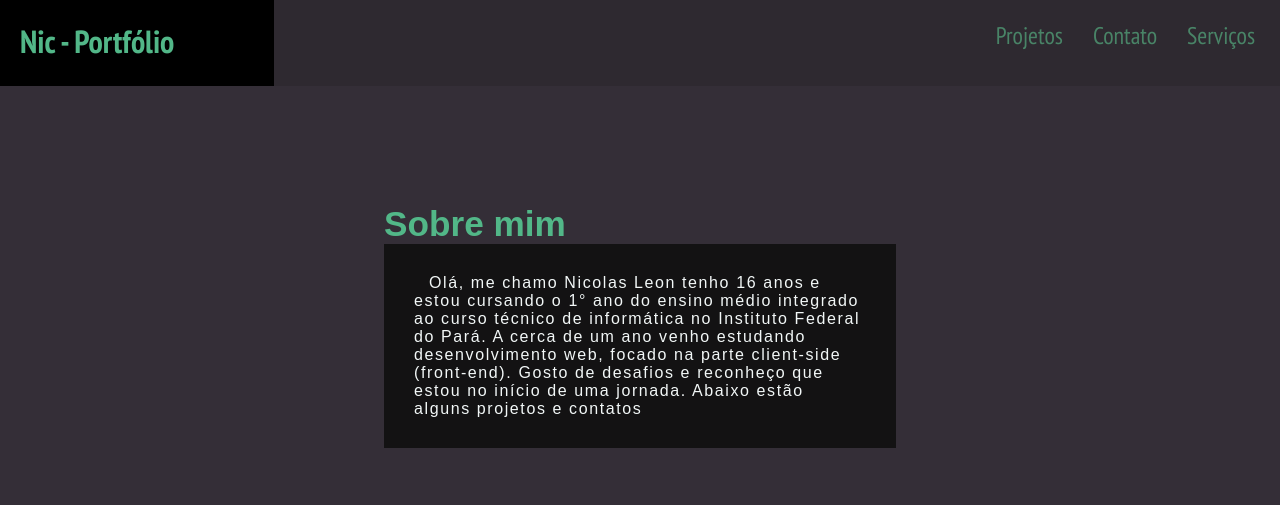
Repository: Leonngc/portfolio
Page: index.html
An editor plug-in stored every save of this project. The page is shown before and after the next save, followed by the edit.
The browser window is 1280 px wide. The pictures show the whole page.

Above is the page before, as saved 2022-12-02 10:55:44.

After the next save:
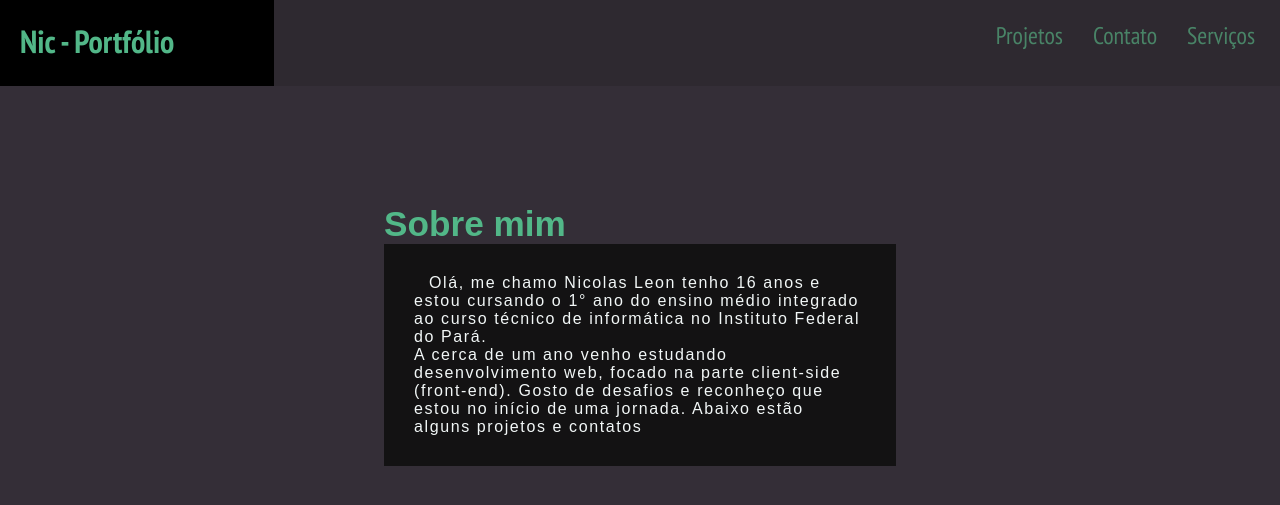
Saved 5 s later.
--- a/index.html
+++ b/index.html
@@ -30,7 +30,7 @@
 
     <section>
         <h2>Sobre mim</h2>
-        <p>Olá, me chamo Nicolas Leon tenho 16 anos e estou cursando o 1° ano do ensino médio integrado ao curso técnico de informática no Instituto Federal do Pará.
+        <p>Olá, me chamo Nicolas Leon tenho 16 anos e estou cursando o 1° ano do ensino médio integrado ao curso técnico de informática no Instituto Federal do Pará. <br>
         A cerca de um ano venho estudando desenvolvimento web, focado na parte client-side (front-end). Gosto de desafios e reconheço que estou no início de uma jornada. Abaixo estão alguns projetos e contatos</p>
     </section>
 
